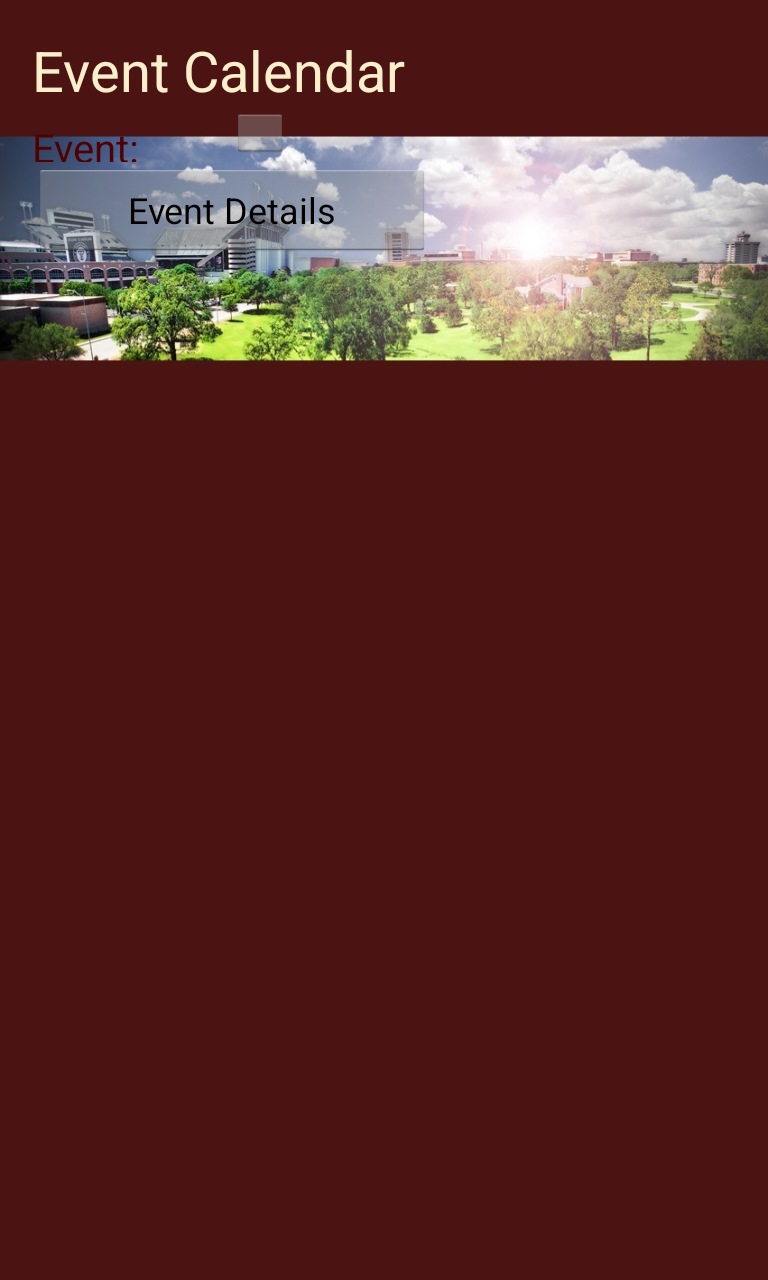
Repository: jannelg92/ANDROIDAPP
Layout: GEOINNOVATION/TAMUgis-dayEvents/res/layout/f_event_details.xml
The author's editor kept a copy of each file at every save. The layout is drawn from the files as they stood at one save, then again after the next save.
It is drawn on a 768 x 1280 px phone screen (xhdpi) without system bars, with theme AppTheme; the app's code is not run.

Above is the layout before, as saved 2014-04-19 01:42:34.

After the next save:
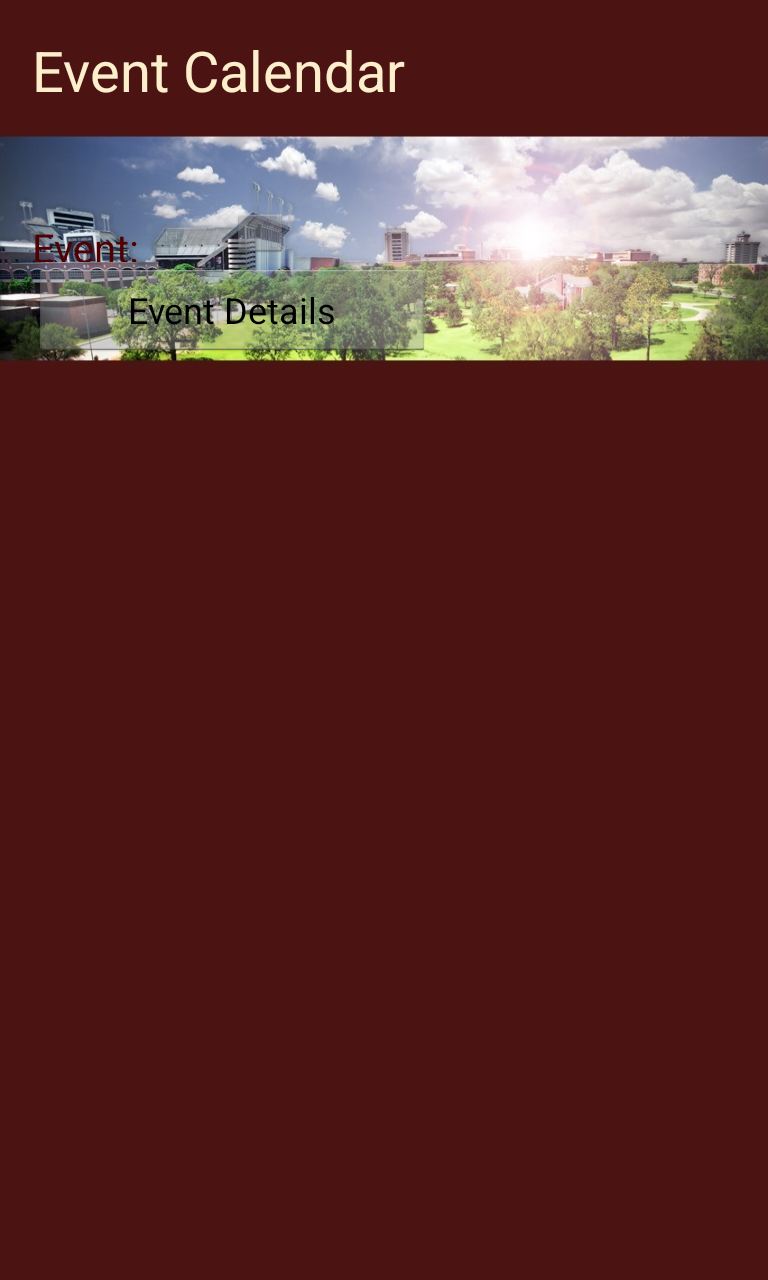
Saved 67 s later.
--- a/GEOINNOVATION/TAMUgis-dayEvents/res/layout/f_event_details.xml
+++ b/GEOINNOVATION/TAMUgis-dayEvents/res/layout/f_event_details.xml
@@ -21,7 +21,8 @@
 		<LinearLayout
 		    android:layout_width="match_parent"
 		    android:layout_height="wrap_content"
-		    android:orientation="horizontal" >
+		    android:orientation="horizontal"
+		    android:layout_marginTop="50dp" >
 		      <TextView
 		        android:id="@+id/event_label"
 		        android:layout_width="wrap_content"
